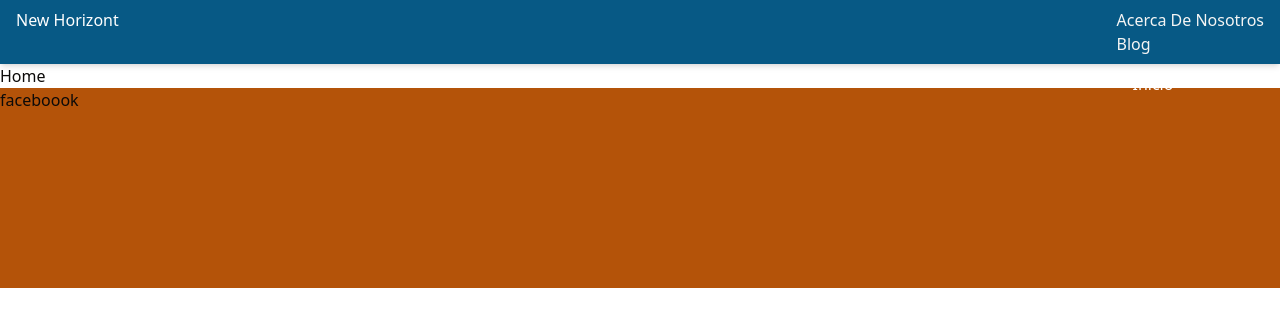
Repository: jefrydep/new-horizont-school
Page: /
These files come from the project's save history. The page is drawn as it stood at one moment and after the next save; the edit follows.
The browser window is 1280 px wide. The pictures show the whole page.
The project was rebuilt for these pictures with package versions that can differ from the ones it lists, and the page was loaded fresh each time. The framework's server and built-in components were replaced by stand-ins that run in the browser. Also part of the build but not shown: next.config.ts.

Above is the page before, as saved 2024-11-07 19:55:37.

After the next save:
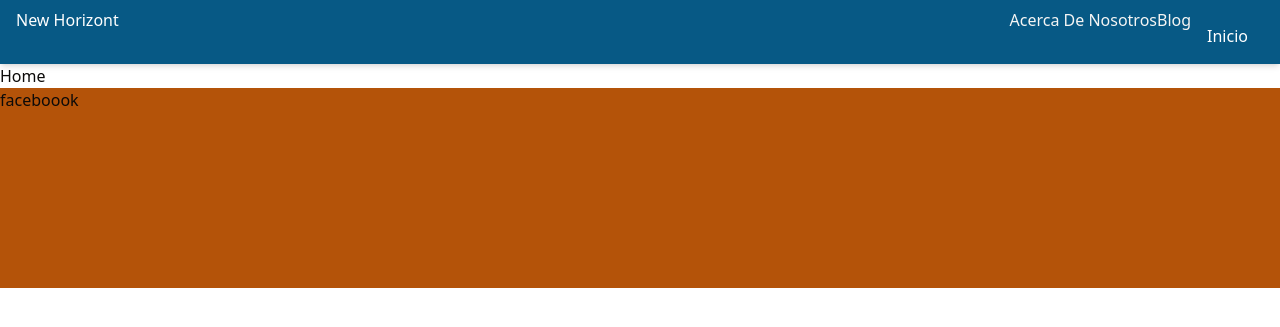
Saved 12 s later.
--- a/src/components/Navbar.tsx
+++ b/src/components/Navbar.tsx
@@ -10,7 +10,7 @@ export default function Navbar() {
     <header className="bg-sky-800 shadow-md h-16">
       <div className="flex justify-between  m-auto container px-4 py-2">
         <div className="text-white">New Horizont</div>
-        <nav className="outline-none hidden sm:block list-none">
+        <nav className="outline-none hidden  sm:flex list-none">
           <li className="text-secondary">
             <Link href={"/about"}>Acerca De Nosotros</Link>
           </li>
